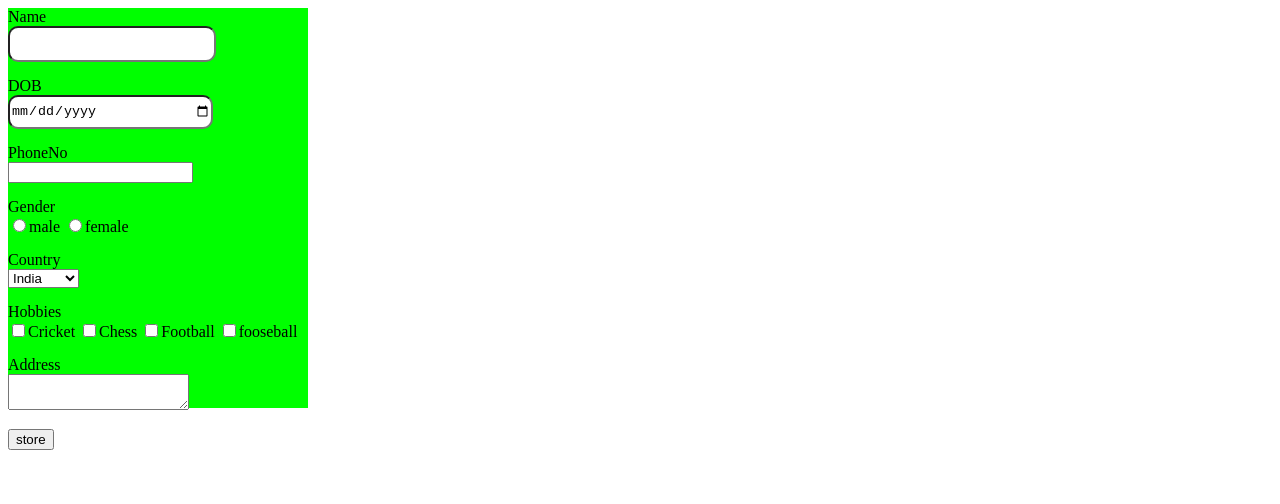
Repository: mnarendra333/batch21_WE
Page: RegApp/WebContent/index.html
These files come from the project's save history. The page is drawn as it stood at one moment and after the next save; the edit follows.
The browser window is 1280 px wide. The pictures show the whole page.

Above is the page before, as saved 2019-02-10 07:21:06.

After the next save:
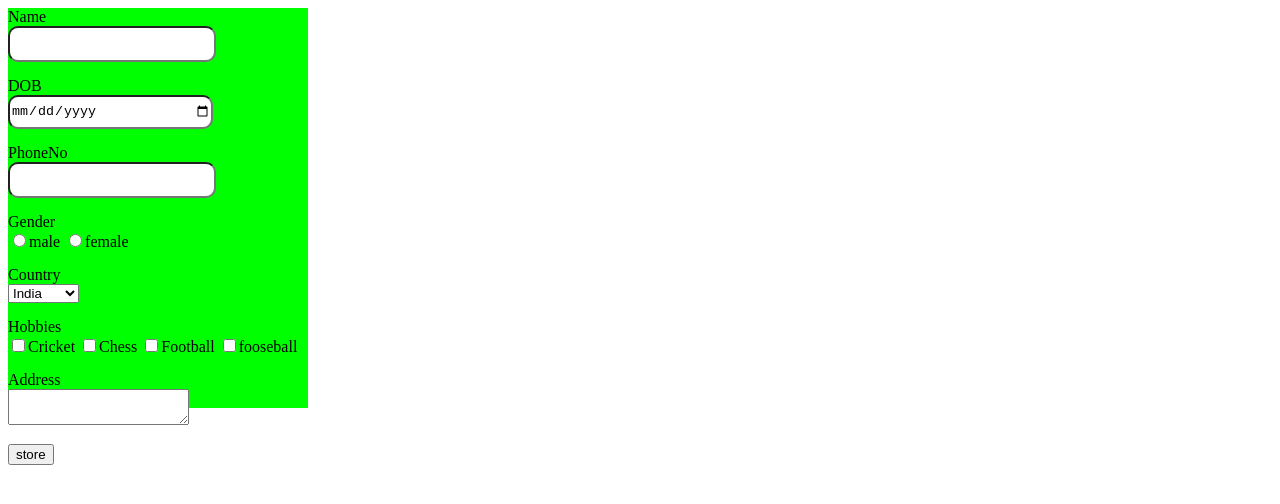
Saved 7 s later.
--- a/RegApp/WebContent/index.html
+++ b/RegApp/WebContent/index.html
@@ -47,7 +47,7 @@
 			<div class="rowDiv">
 				<div>PhoneNo</div>
 				<div>
-					<input type="number" name="phno">
+					<input type="number" class="cInput" name="phno">
 				</div>
 			</div>
 			<div class="rowDiv">
